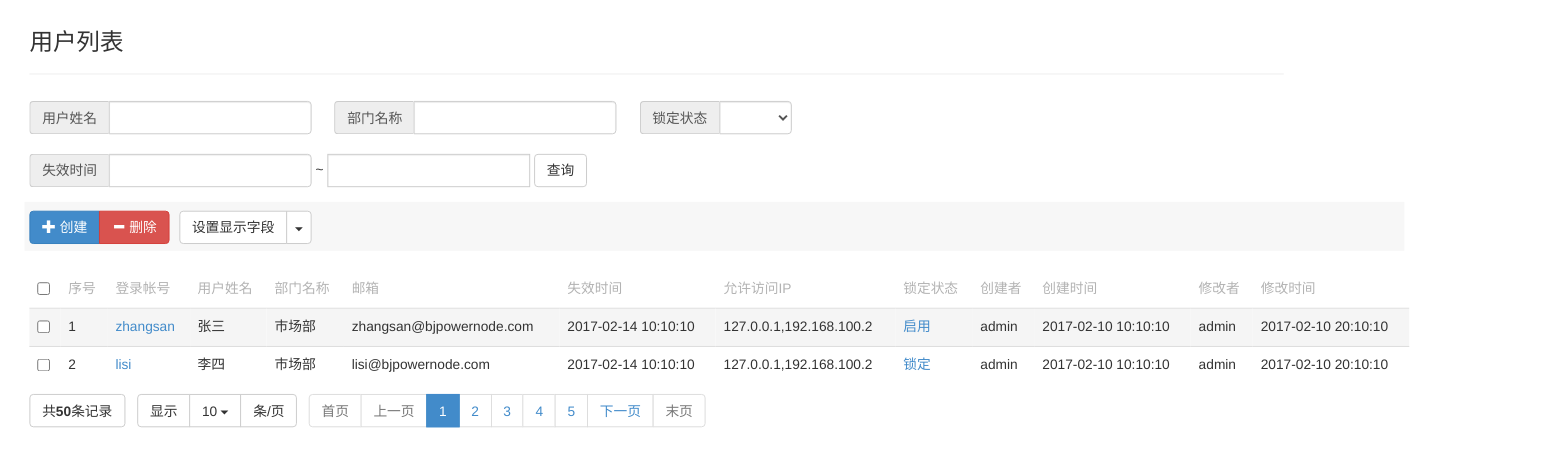
Repository: yangxshn/hsf
Page: hsf/user_consumer/src/main/webapp/index.html
These files come from the project's save history. The page is drawn as it stood at one moment and after the next save; the edit follows.
The browser window is 1280 px wide. The page is 1595 px wide, so the pictures cover 1595 px, including what lies to the right of the window. The pictures show the whole page, at 98% of full size.

Above is the page before, as saved 2017-09-29 06:43:11.

### hsf/user_consumer/src/main/webapp/index.html
<!DOCTYPE html>
<html>
<head>
<meta charset="UTF-8">
<link href="static/bootstrap_3.3.0/css/bootstrap.min.css" type="text/css" rel="stylesheet" />

<script type="text/javascript" src="static/jquery-1.11.1-min.js"></script>
<script type="text/javascript" src="static/bootstrap_3.3.0/js/bootstrap.min.js"></script>
</head>
<body>

	<!-- 创建用户的模态窗口 -->
	<div class="modal fade" id="createUserModal" role="dialog">
		<div class="modal-dialog" role="document" style="width: 90%;">
			<div class="modal-content">
				<div class="modal-header">
					<button type="button" class="close" data-dismiss="modal">
						<span aria-hidden="true">×</span>
					</button>
					<h4 class="modal-title" id="myModalLabel">新增用户</h4>
				</div>
				<div class="modal-body">

					<form class="form-horizontal" role="form">

						<div class="form-group">
							<label for="create-loginActNo" class="col-sm-2 control-label">登录帐号<span style="font-size: 15px; color: red;">*</span></label>
							<div class="col-sm-10" style="width: 300px;">
								<input type="text" class="form-control" id="create-loginActNo">
							</div>
							<label for="create-username" class="col-sm-2 control-label">用户姓名</label>
							<div class="col-sm-10" style="width: 300px;">
								<input type="text" class="form-control" id="create-username">
							</div>
						</div>
						<div class="form-group">
							<label for="create-loginPwd" class="col-sm-2 control-label">登录密码<span style="font-size: 15px; color: red;">*</span></label>
							<div class="col-sm-10" style="width: 300px;">
								<input type="password" class="form-control" id="create-loginPwd">
							</div>
							<label for="create-confirmPwd" class="col-sm-2 control-label">确认密码<span style="font-size: 15px; color: red;">*</span></label>
							<div class="col-sm-10" style="width: 300px;">
								<input type="password" class="form-control" id="create-confirmPwd">
							</div>
						</div>
						<div class="form-group">
							<label for="create-email" class="col-sm-2 control-label">邮箱</label>
							<div class="col-sm-10" style="width: 300px;">
								<input type="text" class="form-control" id="create-email">
							</div>
							<label for="create-expireTime" class="col-sm-2 control-label">失效时间</label>
							<div class="col-sm-10" style="width: 300px;">
								<input type="text" class="form-control" id="create-expireTime">
							</div>
						</div>
						<div class="form-group">
							<label for="create-lockStatus" class="col-sm-2 control-label">锁定状态</label>
							<div class="col-sm-10" style="width: 300px;">
								<select class="form-control" id="create-lockStatus">
								  <option></option>
								  <option>启用</option>
								  <option>锁定</option>
								</select>
							</div>
							<label for="create-org" class="col-sm-2 control-label">部门<span style="font-size: 15px; color: red;">*</span></label>
							<div class="col-sm-10" style="width: 300px;">
								<input type="text" class="form-control" id="create-org" placeholder="输入部门名称，自动补全">
							</div>
						</div>
						<div class="form-group">
							<label for="create-allowIps" class="col-sm-2 control-label">允许访问的IP</label>
							<div class="col-sm-10" style="width: 300px;">
								<input type="text" class="form-control" id="create-allowIps" style="width: 280%" placeholder="多个用逗号隔开">
							</div>
						</div>
					</form>
				</div>
				<div class="modal-footer">
					<button type="button" class="btn btn-default" data-dismiss="modal">关闭</button>
					<button type="button" class="btn btn-primary" data-dismiss="modal">保存</button>
				</div>
			</div>
		</div>
	</div>


	<div>
		<div style="position: relative; left: 30px; top: -10px;">
			<div class="page-header">
				<h3>用户列表</h3>
			</div>
		</div>
	</div>

	<div class="btn-toolbar" role="toolbar" style="position: relative; height: 80px; left: 30px; top: -10px;">
		<form class="form-inline" role="form" style="position: relative;top: 8%; left: 5px;">

		  <div class="form-group">
		    <div class="input-group">
		      <div class="input-group-addon">用户姓名</div>
		      <input class="form-control" type="text">
		    </div>
		  </div>
		  &nbsp;&nbsp;&nbsp;&nbsp;
		  <div class="form-group">
		    <div class="input-group">
		      <div class="input-group-addon">部门名称</div>
		      <input class="form-control" type="text">
		    </div>
		  </div>
		  &nbsp;&nbsp;&nbsp;&nbsp;
		  <div class="form-group">
		    <div class="input-group">
		      <div class="input-group-addon">锁定状态</div>
			  <select class="form-control">
			  	  <option></option>
			      <option>锁定</option>
				  <option>启用</option>
			  </select>
		    </div>
		  </div>
		  <br><br>

		  <div class="form-group">
		    <div class="input-group">
		      <div class="input-group-addon">失效时间</div>
			  <input class="form-control" type="text" id="startTime" />
		    </div>
		  </div>

		  ~

		  <div class="form-group">
		    <div class="input-group">
			  <input class="form-control" type="text" id="endTime" />
		    </div>
		  </div>

		  <button type="submit" class="btn btn-default">查询</button>

		</form>
	</div>


	<div class="btn-toolbar" role="toolbar" style="background-color: #F7F7F7; height: 50px; position: relative;left: 30px; width: 110%; top: 20px;">
		<div class="btn-group" style="position: relative; top: 18%;">
		  <button type="button" class="btn btn-primary" data-toggle="modal" data-target="#createUserModal"><span class="glyphicon glyphicon-plus"></span> 创建</button>
		  <button type="button" class="btn btn-danger"><span class="glyphicon glyphicon-minus"></span> 删除</button>
		</div>
		<div class="btn-group" style="position: relative; top: 18%; left: 5px;">
			<button type="button" class="btn btn-default">设置显示字段</button>
			<button type="button" class="btn btn-default dropdown-toggle" data-toggle="dropdown">
				<span class="caret"></span>
				<span class="sr-only">Toggle Dropdown</span>
			</button>
			<ul id="definedColumns" class="dropdown-menu" role="menu">
				<li><a href="javascript:void(0);"><input type="checkbox"/> 登录帐号</a></li>
				<li><a href="javascript:void(0);"><input type="checkbox"/> 用户姓名</a></li>
				<li><a href="javascript:void(0);"><input type="checkbox"/> 部门名称</a></li>
				<li><a href="javascript:void(0);"><input type="checkbox"/> 邮箱</a></li>
				<li><a href="javascript:void(0);"><input type="checkbox"/> 失效时间</a></li>
				<li><a href="javascript:void(0);"><input type="checkbox"/> 允许访问IP</a></li>
				<li><a href="javascript:void(0);"><input type="checkbox"/> 锁定状态</a></li>
				<li><a href="javascript:void(0);"><input type="checkbox"/> 创建者</a></li>
				<li><a href="javascript:void(0);"><input type="checkbox"/> 创建时间</a></li>
				<li><a href="javascript:void(0);"><input type="checkbox"/> 修改者</a></li>
				<li><a href="javascript:void(0);"><input type="checkbox"/> 修改时间</a></li>
			</ul>
		</div>
	</div>

	<div style="position: relative; left: 30px; top: 40px; width: 110%">
		<table class="table table-hover">
			<thead>
				<tr style="color: #B3B3B3;">
					<td><input type="checkbox" /></td>
					<td>序号</td>
					<td>登录帐号</td>
					<td>用户姓名</td>
					<td>部门名称</td>
					<td>邮箱</td>
					<td>失效时间</td>
					<td>允许访问IP</td>
					<td>锁定状态</td>
					<td>创建者</td>
					<td>创建时间</td>
					<td>修改者</td>
					<td>修改时间</td>
				</tr>
			</thead>
			<tbody>
				<tr class="active">
					<td><input type="checkbox" /></td>
					<td>1</td>
					<td><a  href="detail.html">zhangsan</a></td>
					<td>张三</td>
					<td>市场部</td>
					<td>zhangsan@bjpowernode.com</td>
					<td>2017-02-14 10:10:10</td>
					<td>127.0.0.1,192.168.100.2</td>
					<td><a href="javascript:void(0);" onclick="window.confirm('您确定要锁定该用户吗？');" style="text-decoration: none;">启用</a></td>
					<td>admin</td>
					<td>2017-02-10 10:10:10</td>
					<td>admin</td>
					<td>2017-02-10 20:10:10</td>
				</tr>
				<tr>
					<td><input type="checkbox" /></td>
					<td>2</td>
					<td><a  href="detail.html">lisi</a></td>
					<td>李四</td>
					<td>市场部</td>
					<td>lisi@bjpowernode.com</td>
					<td>2017-02-14 10:10:10</td>
					<td>127.0.0.1,192.168.100.2</td>
					<td><a href="javascript:void(0);" onclick="window.confirm('您确定要启用该用户吗？');" style="text-decoration: none;">锁定</a></td>
					<td>admin</td>
					<td>2017-02-10 10:10:10</td>
					<td>admin</td>
					<td>2017-02-10 20:10:10</td>
				</tr>
			</tbody>
		</table>
	</div>

	<div style="height: 50px; position: relative;top: 30px; left: 30px;">
		<div>
			<button type="button" class="btn btn-default" style="cursor: default;">共<b>50</b>条记录</button>
		</div>
		<div class="btn-group" style="position: relative;top: -34px; left: 110px;">
			<button type="button" class="btn btn-default" style="cursor: default;">显示</button>
			<div class="btn-group">
				<button type="button" class="btn btn-default dropdown-toggle" data-toggle="dropdown">
					10
					<span class="caret"></span>
				</button>
				<ul class="dropdown-menu" role="menu">
					<li><a href="#">20</a></li>
					<li><a href="#">30</a></li>
				</ul>
			</div>
			<button type="button" class="btn btn-default" style="cursor: default;">条/页</button>
		</div>
		<div style="position: relative;top: -88px; left: 285px;">
			<nav>
				<ul class="pagination">
					<li class="disabled"><a href="#">首页</a></li>
					<li class="disabled"><a href="#">上一页</a></li>
					<li class="active"><a href="#">1</a></li>
					<li><a href="#">2</a></li>
					<li><a href="#">3</a></li>
					<li><a href="#">4</a></li>
					<li><a href="#">5</a></li>
					<li><a href="#">下一页</a></li>
					<li class="disabled"><a href="#">末页</a></li>
				</ul>
			</nav>
		</div>
	</div>

</body>
</html>

Loaded but not shown: hsf/user_consumer/src/main/webapp/static/bootstrap_3.3.0/css/bootstrap.min.css (library); hsf/user_consumer/src/main/webapp/static/jquery-1.11.1-min.js (library); hsf/user_consumer/src/main/webapp/static/bootstrap_3.3.0/js/bootstrap.min.js (library)

After the next save:
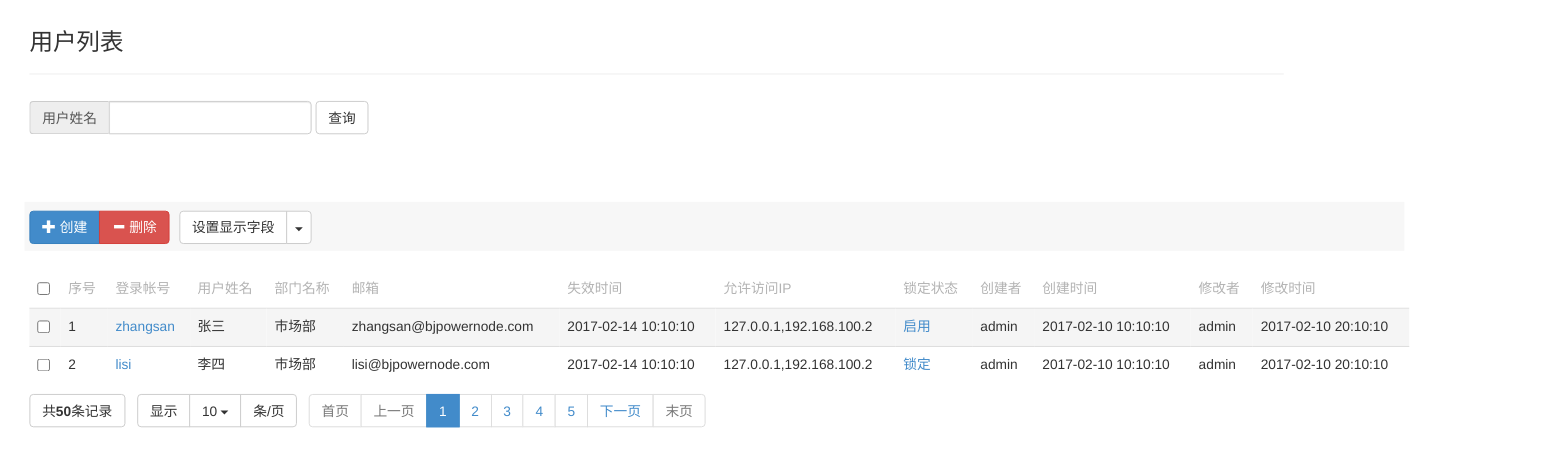
Saved 61 s later.
--- a/hsf/user_consumer/src/main/webapp/index.html
+++ b/hsf/user_consumer/src/main/webapp/index.html
@@ -99,40 +99,6 @@
 		    <div class="input-group">
 		      <div class="input-group-addon">用户姓名</div>
 		      <input class="form-control" type="text">
-		    </div>
-		  </div>
-		  &nbsp;&nbsp;&nbsp;&nbsp;
-		  <div class="form-group">
-		    <div class="input-group">
-		      <div class="input-group-addon">部门名称</div>
-		      <input class="form-control" type="text">
-		    </div>
-		  </div>
-		  &nbsp;&nbsp;&nbsp;&nbsp;
-		  <div class="form-group">
-		    <div class="input-group">
-		      <div class="input-group-addon">锁定状态</div>
-			  <select class="form-control">
-			  	  <option></option>
-			      <option>锁定</option>
-				  <option>启用</option>
-			  </select>
-		    </div>
-		  </div>
-		  <br><br>
-
-		  <div class="form-group">
-		    <div class="input-group">
-		      <div class="input-group-addon">失效时间</div>
-			  <input class="form-control" type="text" id="startTime" />
-		    </div>
-		  </div>
-
-		  ~
-
-		  <div class="form-group">
-		    <div class="input-group">
-			  <input class="form-control" type="text" id="endTime" />
 		    </div>
 		  </div>
 
